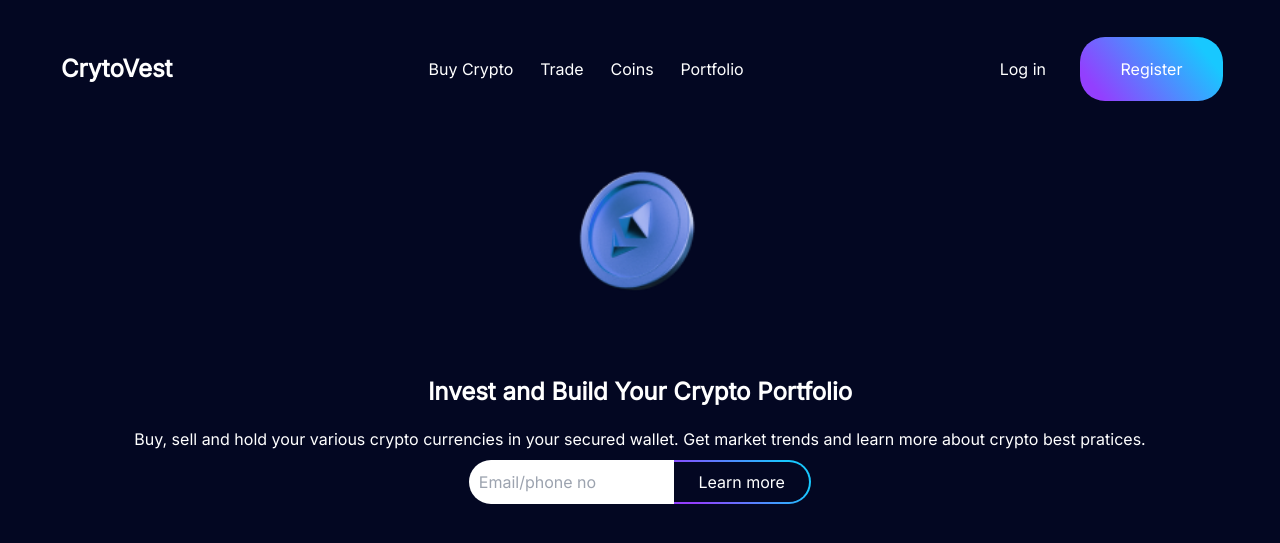
Repository: Eugene44-hub/cryptovest
Page: /
The author's editor kept a copy of each file at every save. The page is drawn from the files as they stood at one save, then again after the next save.
The browser window is 1280 px wide. The pictures show the whole page.
The project was rebuilt for these pictures with package versions that can differ from the ones it lists, and the page was loaded fresh each time. Also part of the build but not shown: vite.config.ts.

Above is the page before, as saved 2022-07-15 22:35:21.

After the next save:
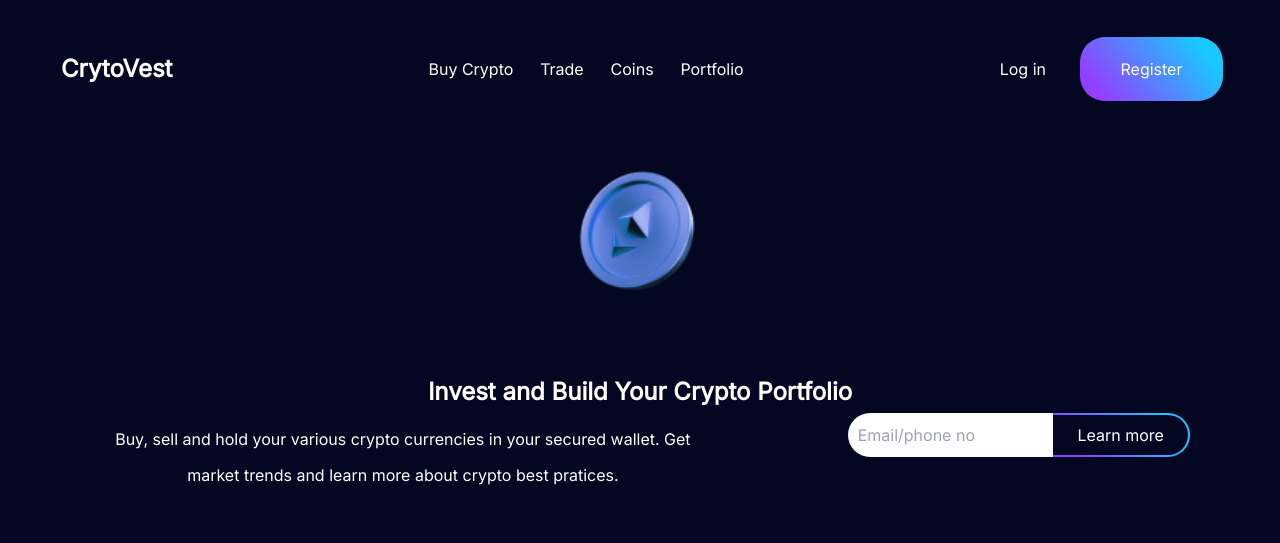
Saved 89 s later.
--- a/src/components/hero/Hero.tsx
+++ b/src/components/hero/Hero.tsx
@@ -30,7 +30,7 @@
             <img src={bitcoin} className="w-[20%] mt-[8px]" alt="bitcoin" />
           </figure> */}
 
-          <div className='text-center w-[90%] mt-[11px] leading-[36px] m-auto'>
+          <div className='text-center md:max-w-[626px] w-[90%] mt-[11px] leading-[36px] m-auto'>
             <p className="text-white">
             Buy, sell and hold your various crypto currencies in your secured wallet. Get market trends and learn more about crypto best pratices.
             </p>

After the save that followed:
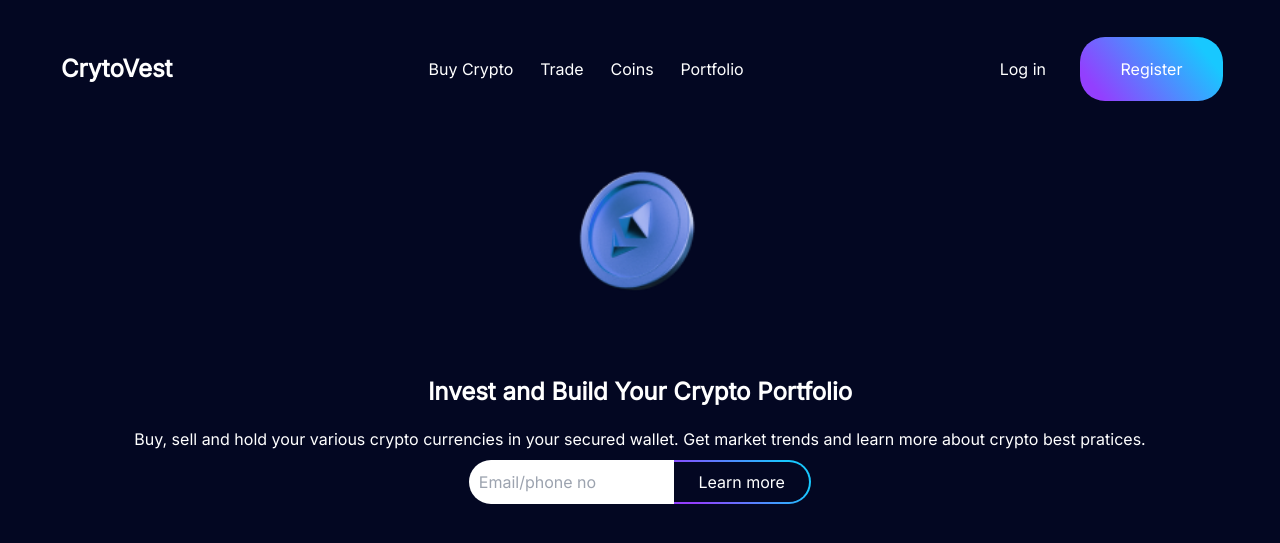
Saved 39 s later.
--- a/src/components/hero/Hero.tsx
+++ b/src/components/hero/Hero.tsx
@@ -30,7 +30,7 @@
             <img src={bitcoin} className="w-[20%] mt-[8px]" alt="bitcoin" />
           </figure> */}
 
-          <div className='text-center md:max-w-[626px] w-[90%] mt-[11px] leading-[36px] m-auto'>
+          <div className='text-center w-[90%] mt-[11px] leading-[36px] m-auto'>
             <p className="text-white">
             Buy, sell and hold your various crypto currencies in your secured wallet. Get market trends and learn more about crypto best pratices.
             </p>
